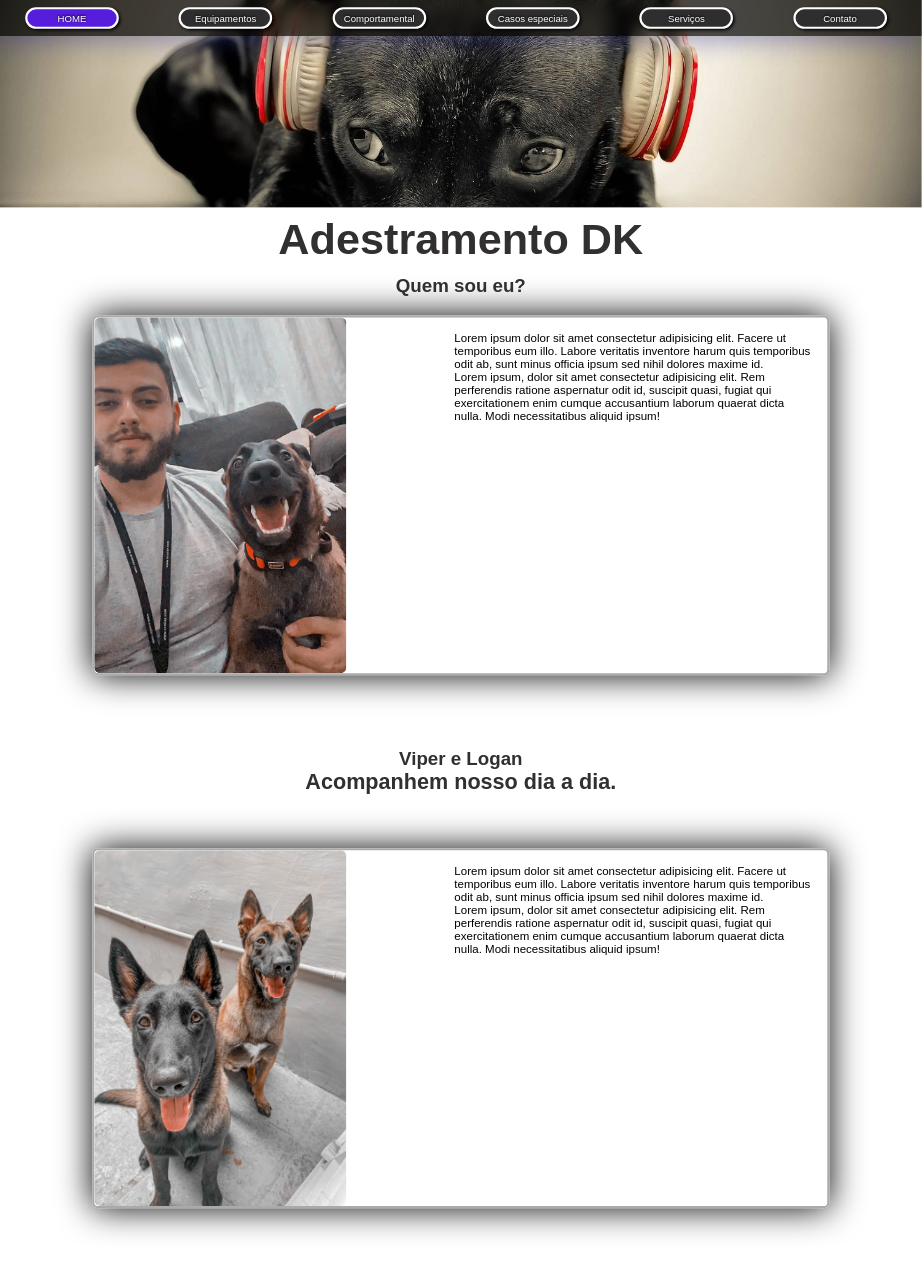
Repository: KevynMarques/Blog-React-StyledComponent
Page: /
The author's editor kept a copy of each file at every save. The page is drawn from the files as they stood at one save, then again after the next save.
The browser window is 1280 px wide. The pictures show the whole page, at 72% of full size.
The project was rebuilt for these pictures with package versions that can differ from the ones it lists, and the page was loaded fresh each time. Also part of the build but not shown: src/Components/Equipamentos/style.jsx, src/Components/Equipamentos/index.jsx, src/Components/Comportamental/style.jsx, src/Components/Comportamental/index.jsx, src/Components/Clientes/style.jsx, src/Components/Clientes/index.jsx, src/Components/Serviços/index.jsx, src/Components/Contato/index.jsx.

Above is the page before, as saved 2022-02-11 13:23:48.

### src/App.js
import Home from './Components/Home';
import Sobre from './Components/Sobre/index';
import { useState, useEffect } from 'react';
import { GlobalStyle } from './GlobalStyle';
import Geral from './Components/Geral/index';

function App() {

  const [geral, setGeral]=useState(<Sobre />);

  return (
    <>
    <Home setGeral={setGeral} />
    <Geral geral={geral} />
    <GlobalStyle/>
   </>
  );
}

export default App;

### src/Components/Home/index.jsx
import React, {useState} from "react"
import { Home,  HomeB, Equip, Comportamental, MeusCaes, Serviços, Contato } from "./Style"
import Equipamentos from "../Equipamentos/index"
import Sobre from '../Sobre/index'
import Comport  from '../Comportamental/index'
import Clientes from '../Clientes/index'
import Serv from "../Serviços"
import Cont from '../Contato/index'



export default (props) => {

   const [ativo, setAtivo] = useState('#571ddd')
    function funciona () {
      props.ativo('#000')
    }

  return (
   <>
    <Home>

       <HomeB
          setAtivo={setAtivo}
          corTeste={ativo}
          onClick={funciona}>
         <p>HOME</p>
       </HomeB>

       <Equip onClick={()=>(props.setGeral(<Equipamentos />))}>
        <p>Equipamentos</p>
       </Equip>

       <Comportamental onClick={() =>(props.setGeral(<Comport />))} >
         <p>Comportamental</p>
       </Comportamental>

       <MeusCaes onClick={() =>(props.setGeral(<Clientes />))} >
         <p>Casos especiais</p>
       </MeusCaes>

       <Serviços onClick={() =>(props.setGeral(<Serv />))}>
         <p>Serviços</p>
       </Serviços>

       <Contato onClick={() =>(props.setGeral(<Cont />))}>
         <p>Contato</p>
      </Contato>

    </Home>
    </>
  );
}

### src/Components/Sobre/index.jsx
import { Sobre, Tittle, Dogs, Baner} from "./style"
import Foto from '../Image/foto.png'
import LV from '../Image/LV.jpg';
import Dog from '../Image/Dog.png'

export default () => {
  return (
<>
     <Baner>
       <img src={Dog} />
     </Baner>

   <Tittle>
    <h1>Adestramento DK</h1>
      <h2>Quem sou eu?</h2>
    </Tittle>


  <Sobre>
    <section>
    <p>Lorem ipsum dolor sit amet consectetur adipisicing elit. Facere ut temporibus eum illo. Labore veritatis inventore harum quis temporibus odit ab, sunt minus officia ipsum sed nihil dolores maxime id.
      <br></br>
    Lorem ipsum, dolor sit amet consectetur adipisicing elit. Rem perferendis ratione aspernatur odit id, suscipit quasi, fugiat qui exercitationem enim cumque accusantium laborum quaerat dicta nulla. Modi necessitatibus aliquid ipsum!
    </p>
       <div>
        <img src={Foto} />
       </div>
    </section>
  </Sobre>


  <Tittle>
      <h2>Viper e Logan</h2>
      <p>Acompanhem nosso dia a dia.</p>
    </Tittle>

<Dogs>
<section>
    <p>Lorem ipsum dolor sit amet consectetur adipisicing elit. Facere ut temporibus eum illo. Labore veritatis inventore harum quis temporibus odit ab, sunt minus officia ipsum sed nihil dolores maxime id.
      <br></br>
    Lorem ipsum, dolor sit amet consectetur adipisicing elit. Rem perferendis ratione aspernatur odit id, suscipit quasi, fugiat qui exercitationem enim cumque accusantium laborum quaerat dicta nulla. Modi necessitatibus aliquid ipsum!
    </p>
       <div>
        <img src={LV} />
       </div>
    </section>
</Dogs>

</>

  );
}

### src/GlobalStyle.js
import { createGlobalStyle } from 'styled-components';
import styled from 'styled-components';

 export const GlobalStyle = createGlobalStyle`
  * {
    margin: 0;
    padding: 0;
    box-sizing: border-box;

  }
`;

### src/Components/Geral/index.jsx
import React from "react"

export default (props) => {

  return (

    <>
    {props.geral}
    </>

  );

}

### src/Components/Home/Style.jsx
import styled from "styled-components";


export const  Home  = styled.div `
     width: 100vw;
     height: 50px;
     margin: 0;
     position: fixed;
     z-index: 99999;
     background: rgba( 0, 0, 0, 0.7 );
     box-shadow: 0 8px 32px 0 rgba( 31, 38, 135, 0.37 );
     backdrop-filter: blur( 7.5px );
     -webkit-backdrop-filter: blur( 7.5px );
     color:white;
     display: flex;
     align-items: center;
     justify-content: center;
`;

export const HomeB = styled.button `

font-family: Arial, Helvetica, sans-serif;
font-style:normal;
color:#ffffff;
border:3px solid #ffffff;
text-shadow:0px -1px 3px #000000;
box-shadow:2px 2px 5px #000000;
-moz-box-shadow:2px 2px 5px #000000;
-webkit-box-shadow:2px 2px 5px #000000;
border-radius:25px 25px 25px 25px;
-moz-border-radius:25px 25px 25px 25px;
-webkit-border-radius:25px 25px 25px 25px;
width:130px;
height: 30px;
background:${props => props.corTeste};

&:hover {
  background-color: black;
}

cursor:pointer;
margin:0 auto;
margin-left: 35px;

&:active {
  transform: scale(0.9);
}

`;


export const Equip = styled(HomeB) `

background:#2e2e2e;

`;

export const Comportamental = styled(HomeB) `

background:#2e2e2e;

`;


export const MeusCaes = styled(HomeB) `

background:#2e2e2e;

`;


export const Serviços = styled(HomeB) `

background:#2e2e2e;

`;

export const Contato = styled(HomeB) `

background:#2e2e2e;

`;

### src/Components/Sobre/style.jsx
import styled from "styled-components";

export const Baner= styled.div `
  width: 100%;
  height: 40vh;


    img {
    width: 100%;
    height: 100%;
    object-fit: cover;

    }
`;


export const Tittle = styled.h1`
@import url('https://fonts.googleapis.com/css2?family=Prompt:ital,wght@1,300&display=swap');
color: #312f2f;
font-size: 30px;
font-family: 'Prompt', sans-serif;
text-align: center;
height: 40px;
margin-top: 10px;

      h2 {
      font-size:26px ;
      margin-top: 15px;
      }
`;

export const  Sobre  = styled.section `
  height: 500px;
  border: solid 3px #aaaaaa;
  width: 80vw;
  margin: 100px  10%;
  border-radius: 8px;
  box-shadow: 0 0 3em Black;
  display: flex;


  div {
    width: 35%;
    height:494px;
    margin-top: -146px;
  }

  img {
    object-fit: cover;
    width: 100%;
    height: 100%;
    border-radius: 8px;
  }

p {
    width: 500px;
    margin-left: 500px;
    margin-top: 20px;
    font-size: 16px;
    font-family: Arial, Helvetica, sans-serif;
  }
`;



export const  Dogs  = styled(Sobre) `

`;

Loaded but not shown: public/index.html (common file); src/index.js (common file)

After the next save:
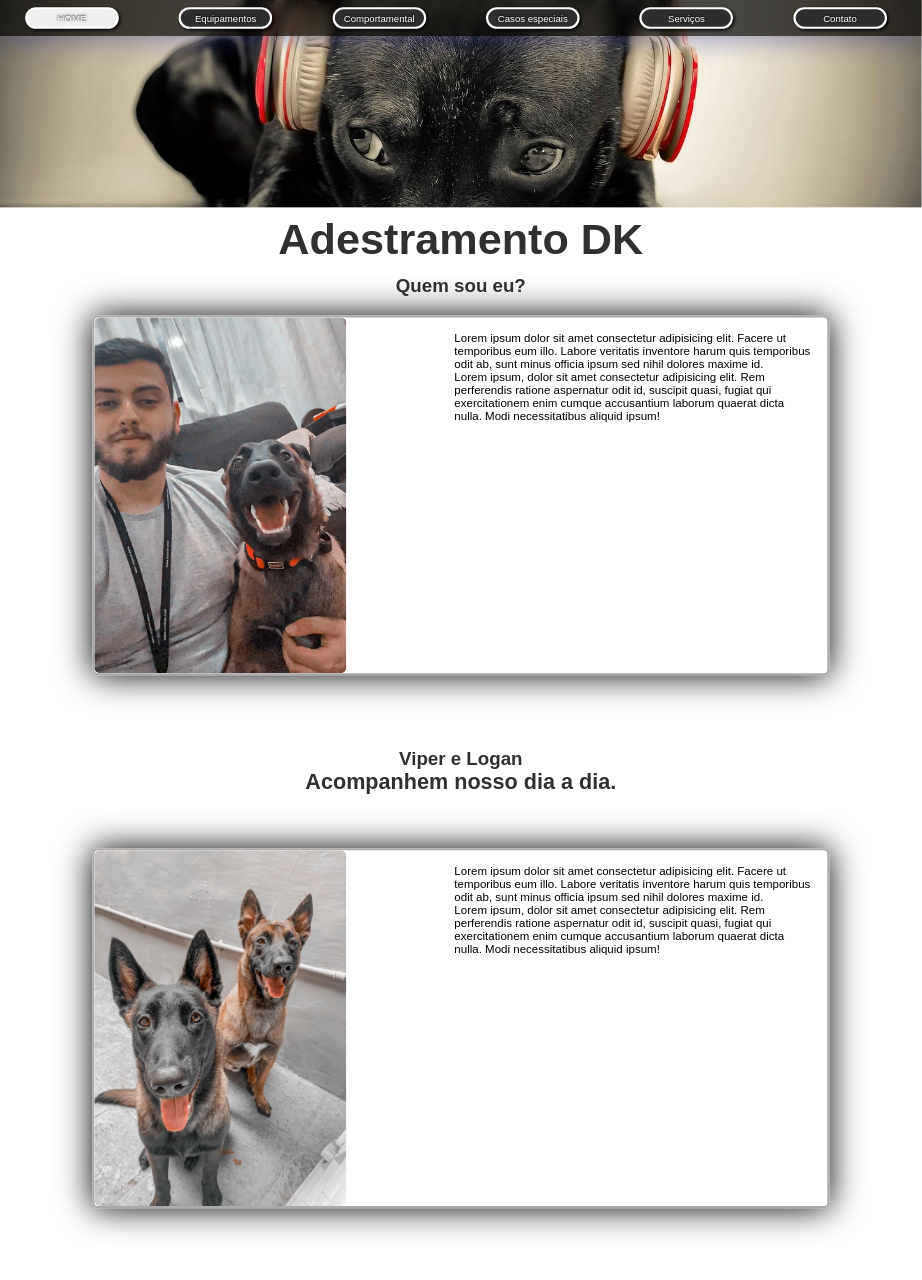
Saved 24 s later.
--- a/src/Components/Home/index.jsx
+++ b/src/Components/Home/index.jsx
@@ -22,7 +22,6 @@
 
        <HomeB
           setAtivo={setAtivo}
-          corTeste={ativo}
           onClick={funciona}>
          <p>HOME</p>
        </HomeB>

After the save that followed:
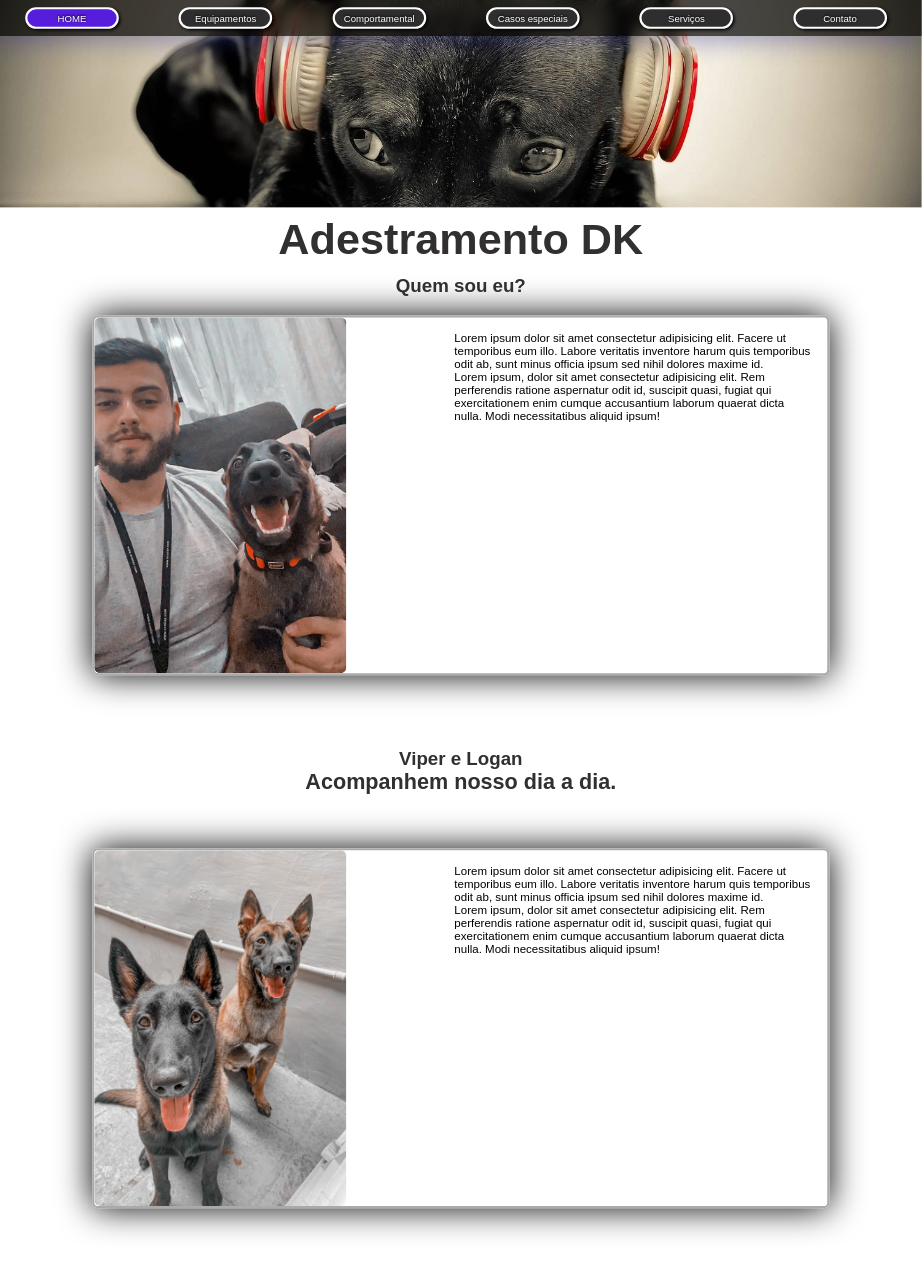
Saved 7 s later.
--- a/src/Components/Home/index.jsx
+++ b/src/Components/Home/index.jsx
@@ -22,6 +22,7 @@
 
        <HomeB
           setAtivo={setAtivo}
+          corTeste={ativo}
           onClick={funciona}>
          <p>HOME</p>
        </HomeB>
